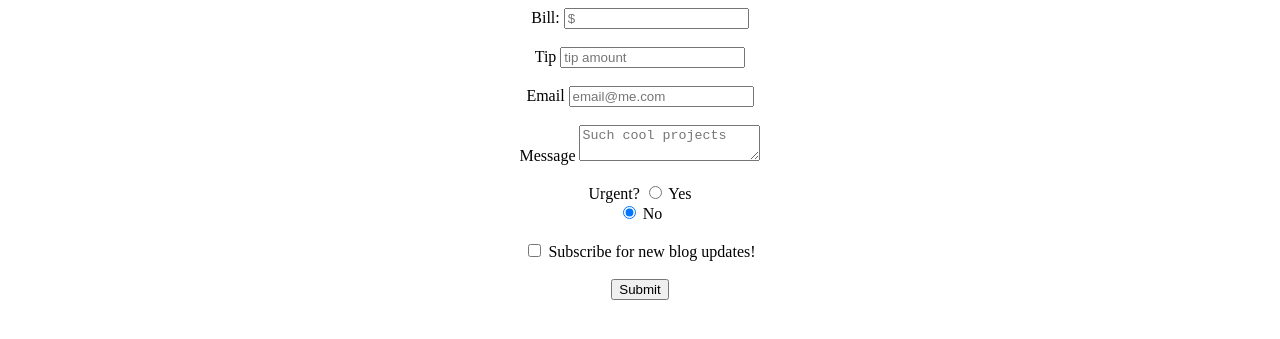
Repository: SamirIngley/Tip-Calculator
Page: calc_display.html
An editor plug-in stored every save of this project. The page is shown before and after a run of saves, followed by the edit.
The browser window is 1280 px wide. The pictures show the whole page.

Above is the page before, as saved 2020-02-11 16:07:07.

### calc_display.html
<!DOCTYPE html>
<html lang="en">
<head>
    <meta charset="UTF-8">
    <meta name="viewport" content="width=device-width, initial-scale=1.0">
    <meta http-equiv="X-UA-Compatible" content="ie=edge">
    <title>Tip Calculator</title>
</head>
<body>

    <div class="main-content">
        <div>
            <center>
            <form action="process.php" method="POST">
            <div class='bill'>
                <label>Bill:</label>
                <input type="text" name="bill" placeholder="$">
            </div>
            <br>
            <div class='tip'>
                <label>Tip</label>
                <input type="text" name="tip" placeholder="tip amount">
            </div>
            <br>
            <div>
                <label>Email</label>
                <input type="email" name="email" placeholder="email@me.com">
            </div>
            <br>
            <div>
                <label>Message</label>
                <textarea name="message" placeholder="Such cool projects"></textarea>
            </div>
            <br>
            <div>

                    Urgent?

                <label>
                    <input type="radio" name="urgent" value="true">
                    Yes
                    </label><br>

                    <label>
                            <input type="radio" name="urgent" value="false" checked>
                            No<br>
                    </label>

            </div>
            <br>
            <div>
                <label>
                    <input type="checkbox" name="Subscribe for updates" value="subscribe"> Subscribe for new blog updates!<br>
                </label>
            </div>
            <br>
            <div>
                <input type="submit" name="submit" value="Submit">
            </div>
        </form>







    <div class='bill'>

    </div>

    <div class='tip'>

    </div>

    <div class='num_people'>

    </div>

    <div class='tip-display'>

    </div>

    <div class='total-display'>

    </div>

</body>
</html>

After the next 2 saves:
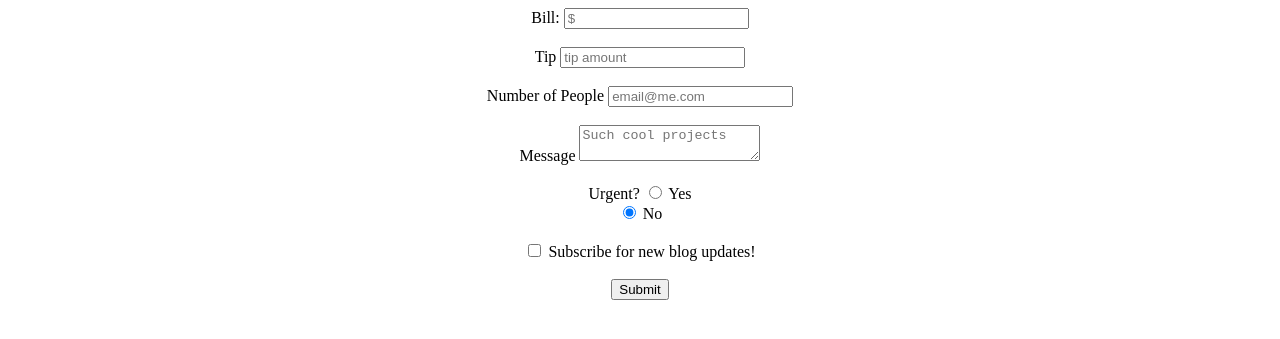
The 2 saves are shown as one change because they came seconds apart.
The last was saved 75 s later.
--- a/calc_display.html
+++ b/calc_display.html
@@ -14,17 +14,17 @@
             <form action="process.php" method="POST">
             <div class='bill'>
                 <label>Bill:</label>
-                <input type="text" name="bill" placeholder="$">
+                <input type="number" name="bill" placeholder="$">
             </div>
             <br>
             <div class='tip'>
                 <label>Tip</label>
-                <input type="text" name="tip" placeholder="tip amount">
+                <input type="number" name="tip" placeholder="tip amount">
             </div>
             <br>
             <div>
-                <label>Email</label>
-                <input type="email" name="email" placeholder="email@me.com">
+                <label>Number of People</label>
+                <input type="number" name="email" placeholder="email@me.com">
             </div>
             <br>
             <div>
